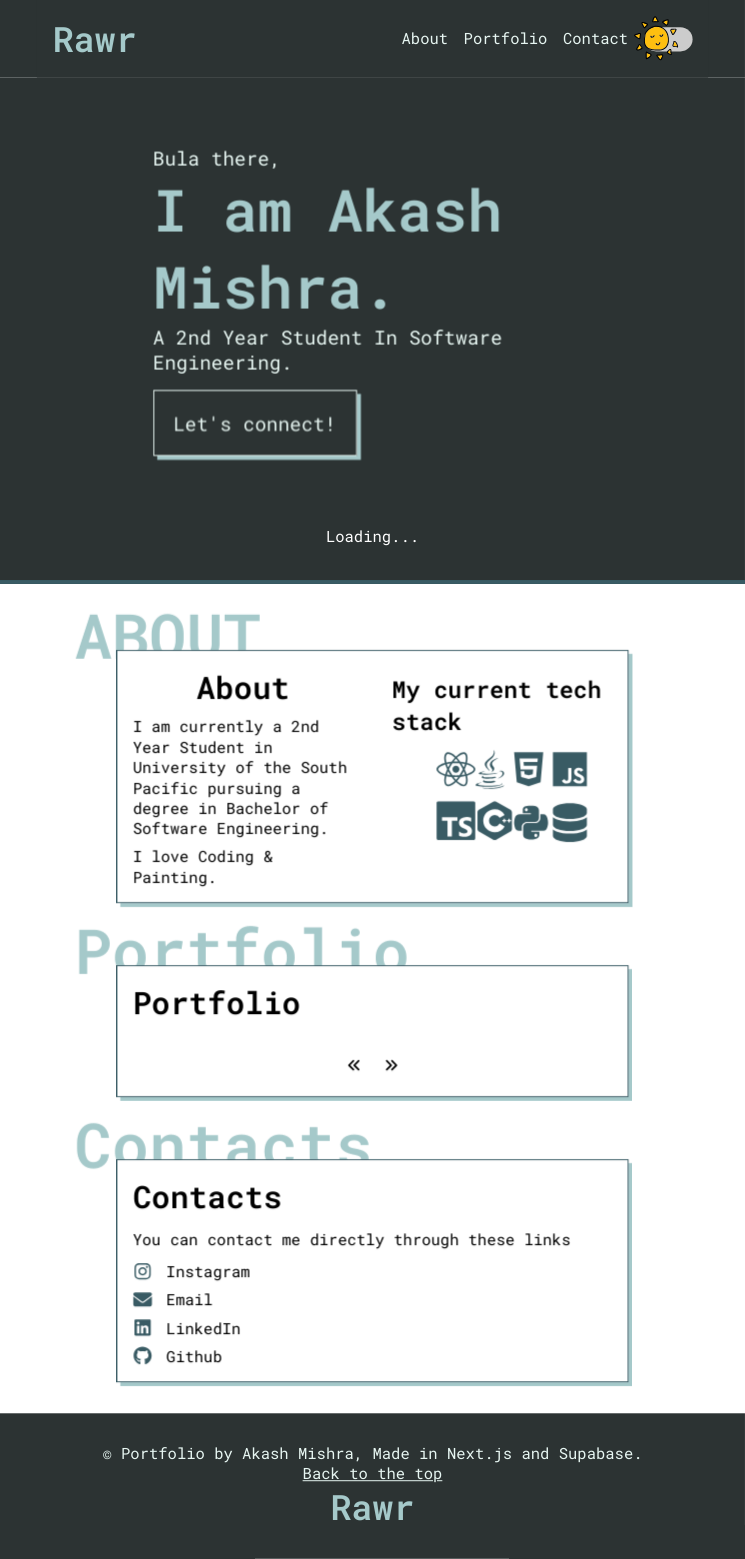
Repository: akashrawr/personal-portfolio
Page: /
The author's editor kept a copy of each file at every save. The page is drawn from the files as they stood at one save, then again after the next save.
The browser window is 768 px wide. The pictures show the whole page, at 97% of full size.
The page's requests for data from a server got no answer. The project was rebuilt for these pictures with package versions that can differ from the ones it lists, and the page was loaded fresh each time. The framework's server and built-in components were replaced by stand-ins that run in the browser. No one was signed in, and anything a server would have sent is missing. Also part of the build but not shown: next.config.ts.

Above is the page before, as saved 2025-01-03 20:34:44.

### app/layout.tsx
import type { Metadata } from "next";
import { Geist, Geist_Mono } from "next/font/google";
import "./globals.css";

const geistSans = Geist({
  variable: "--font-geist-sans",
  subsets: ["latin"],
});

const geistMono = Geist_Mono({
  variable: "--font-geist-mono",
  subsets: ["latin"],
});

export const metadata: Metadata = {
  title: "akashrawr",
  description: "Personal Portfolio",
};

export default function RootLayout({
  children,
}: Readonly<{
  children: React.ReactNode;
}>) {
  return (
    <html lang="en" translate="no"> {/* Prevent translation of the entire page */}
      <head>
        <meta charSet="UTF-8" />
        <meta httpEquiv="Content-Language" content="en" /> {/* Explicitly set content language */}
        <meta name="google" content="notranslate" /> {/* Inform Google to not translate */}
        <link rel="icon" href="/rawr.ico" type="image/x-icon" />
        <title>akashrawr</title>
        <meta name="description" content="My Personal Portfolio" />
      </head>
      <body className={`${geistSans.variable} ${geistMono.variable} antialiased`}>
        <div className="notranslate">
          {children}
        </div>
      </body>
    </html>
  );
}

### app/page.tsx
"use client"; // Enables client-side functionality
import React, { useState, useEffect } from "react";
import AOS from "aos";
import "aos/dist/aos.css";
import "./globals.css"; // Import global styles

// Import components
import Header from "./components/Header";
import Hero from "./components/Hero";
import About from "./components/About";
import Portfolio from "./components/Portfolio";
import Contact from "./components/Contact";
import Footer from "./components/Footer";

const Page: React.FC = () => {
  useEffect(() => {
    AOS.init({ once: true, delay: 0 });
  }, []);

  const [isNavVisible, setIsNavVisible] = useState(false);
  const [darkMode, setDarkMode] = useState(false);

  const toggleNav = () => {
    setIsNavVisible(!isNavVisible);
  };

  const toggleDarkMode = () => {
    setDarkMode(!darkMode);
    document.body.classList.toggle("dark-mode", !darkMode);
  };

  return (
    <div>
      <Header
        isNavVisible={isNavVisible}
        toggleNav={toggleNav}
        darkMode={darkMode}
        toggleDarkMode={toggleDarkMode}
      />
      <main>
        <Hero />
        <About />
        <Portfolio />
        <Contact />
      </main>
      <Footer />
    </div>
  );
};

export default Page;

### app/globals.css
@import url("https://fonts.googleapis.com/css2?family=Roboto+Mono:wght@300;400;600&display=swap");

:root {
  --primary-color: #2c3333;
  --secondary-color: #395b64;
  --accent-1: #a5c9ca;
  --accent-2: #e7f6f2;
  --neutral-1: black;
  --neutral-2: white;
  --neutral-3: white;
  --neutral-4: black;
  --icon-1: #395b64;

  --dark-primary-color: #121212;
  --dark-secondary-color: #1f1f1f;
  --dark-accent-1: #6c757d;
  --dark-accent-2: #adb5bd;
  --dark-neutral-1: #ffffff;
  --dark-neutral-2: #121212;
  --dark-neutral-3:#1f1f1f;
  --dark-neutral-4: #938f8f;
  --dark-icon-1: #938f8f;

}

*,
*::after,
*::before {
  margin: 0;
  padding: 0;
  font-family: "Roboto Mono", monospace;
  box-sizing: border-box;


}

html {
  scroll-behavior: smooth;
}

body {
  overflow-x: hidden;
  background-color: var(--neutral-3);
  color: var(--neutral-1);
  font-family: "Roboto Mono", monospace;
}

body.dark-mode {
  --primary-color: var(--dark-primary-color);
  --secondary-color: var(--dark-secondary-color);
  --accent-1: var(--dark-accent-1);
  --accent-2: var(--dark-accent-2);
  --neutral-1: var(--dark-neutral-1);
  --neutral-2: var(--dark-neutral-2);
  --neutral-3: var(--dark-neutral-3);
  --neutral-4: var(--dark-neutral-4);
  --icon-1:var(--dark-icon-1);
}


/* Navbar styles */

header {
  display: flex;
  align-items: center;
  justify-content: center;

  max-width: 100vw;
  background-color: var(--primary-color);
}

a {
  font-size: 14px;
  text-decoration: none;
}

h1 {
  font-family: "Roboto Mono", monospace;
}

.navbar-nav {
  display: flex;
  align-items: center;
  justify-content: space-between;
  background-color: var(--primary-color);
  padding: 1rem;
  width: 90%;
}

.nav-logo {
  grid-column: 1;
}

.nav-logo > h1 {
  font-size: 30px;
  color: var(--accent-1);
}

.primary-nav {
  display: flex;
  list-style: none;
  gap: 16px;

  grid-column: 2;
  justify-self: end;
}

.mobile-nav-toggle {
  display: none;
  cursor: pointer;
}

.nav-link:link,
.nav-link:visited {
  font-size: 16px;
  color: var(--accent-2);

  transition: 300ms ease-in-out;
}

.nav-link:hover {
  font-weight: 600;
  color: var(--accent-1);
}

.user-icon {
  width: 24px;
  height: 24px;
  fill: var(--accent-1);
  transition: fill 0.3s ease;
}

.user-icon:hover {
  fill: var(--accent-1);
}

/* Dark mode toggle button */
.theme-toggle {
  background: none;
  border: none;
  cursor: pointer;
  padding: 8px;
  display: flex;
  align-items: center;
}

.nav-icons {
  --size: 30px;
  width: var(--size);
  aspect-ratio: 1;
  cursor: pointer;
}



@media only screen and (max-width: 35em) {
  .primary-nav {
    position: fixed;
    top: 0;
    right: 0;
    bottom: 0;
    width: 125px;

    flex-direction: column;
    padding: min(15vh, 3rem) 1rem;
    background-color: var(--primary-color);
    border-left: 2px solid rgb(111, 111, 111); /* Add this line for the left border */

    z-index: 9999;

    transform: translateX(100%);
    transition: transform 350ms ease-out;
  }


  .nav-link:link,
  .nav-link:visited {
    font-size: 15px;
    color: var(--accent-1);
  }

  .primary-nav[data-visible="true"] {
    transform: translateX(0%);
  }

  .mobile-nav-toggle[aria-expanded="true"] {
    background: url('data:[embedded picture, 416 characters]') center center no-repeat;
  }

  .mobile-nav-toggle {
    display: block;
    position: absolute;
    background: url('data:[embedded picture, 417 characters]') center center no-repeat;

    width: 1.25rem;
    aspect-ratio: 1;

    border: none;

    top: 1.4rem;
    right: 2.5rem;
    z-index: 10000;

    transition: 250ms ease-in-out;
  }
}

/* Section styles */

section {
  display: flex;
  align-items: center;
  justify-content: center;

  max-width: 100vw;
  position: relative;
}

/* HERO SECTION */
#hero {
  background-color: var(--primary-color);
  border-bottom: 4px solid var(--icon-1);
  padding: 2.2rem;
}

/* Main container for text and image */
.hero-main-container {
  display: flex;
  flex-wrap: wrap;
  align-items: center;
  justify-content: space-between;
  gap: 16px;
}

/* Text Container */
.hero-container {
  flex: 1;
  display: flex;
  flex-direction: column;
  gap: 16px;
  padding: 2.2rem;
  width: 90%;
  height: 350px;
  animation: fade-in 500ms linear forwards;
}

.hero-text-container > h2 {
  font-size: 28px;
  color: var(--accent-1);
}

.hero-text-container > p {
  font-size: 12px;
  color: var(--accent-2);
}

.hero-button {
  align-self: flex-start;

  font-size: 14px;
  padding: 1em;

  color: var(--accent-2);
  background-color: transparent;

  border: 1px solid var(--accent-2);
  box-shadow: 4px 4px 0px var(--accent-1);

  transition: 300ms ease-in-out;
}

.hero-button:hover {
  background-color: var(--accent-2);
  color: var(--primary-color);
  box-shadow: 6px 6px 0px var(--secondary-color);
}

/* Image Container */
.hero-img {
  flex: 1;
  display: flex;
  justify-content: center;
  align-items: center;
}

.hero-image {
  max-width: 50%;
  height: auto;
  border-radius: 10px;
  box-shadow: 0 4px 8px rgba(0, 0, 0, 0.1);
  border: 1px solid var(--secondary-color);
  background-color: var(--neutral-2);
  box-shadow: 4px 4px 0px var(--accent-1);
}

.hero-img p{
color:white;
}


/* Responsive Styles */
@media screen and (max-width: 768px) {
  .hero-main-container {
    flex-direction: column;
  }
  .hero-img {
    margin-top: 20px;
  }
  .hero-container, .hero-image {
    max-width: 75%;
    height: auto;
  }
  .hero-text-container {
    text-align: left;
    max-width: 100%;
  }


}
.hero-text-container > h2 {
  font-size: 24px;
  color: var(--accent-1);
}
.hero-text-container > p {
  font-size: 16px;
}
.project-card > h3 {
  font-size: 12px;
  color: var(--secondary-color);
}

/* ABOUT */

#about {
  padding: 2rem;
  margin-top: 36px;
  animation: fade-in 500ms linear forwards;

}

.wave-asset {
  width: 100%;
  position: absolute;

  top: 0;
  left: 0;
}

.about-container {
  display: flex;
  align-items: center;
  justify-content: center;
  background-color: var(--neutral-2);
  width: 90%;
  z-index: 999;
}

.about-card,
.portfolio-card,
.contact-card {
  display: flex;
  flex-direction: column;
  gap: 16px;
  border: 1px solid var(--secondary-color);
  background-color: var(--neutral-2);

  width: 100%;
  padding: 1rem;

  box-shadow: 4px 4px 0px var(--accent-1);
}

.about-content,
.portfolio-content {
  width: 100%;
  display: flex;
  flex-direction: column;
  gap: 8px;
}

.about-content > h2,
.about-content > h3 {
  color: var(--neutral-4);
}

.about-content > p {
  font-size: 12px;
  color: var(--neutral-4);
}

.tech-stack-grid {
  width: 65%;
  display: grid;
  grid-template-columns: repeat(4, 1fr);
  place-items: center;
}

.tech-stack {
  --size: 30px;
  width: var(--size);
  aspect-ratio: 1;
}

/* Portfolio container */

#portfolio {
  padding: 2rem;
  animation: fade-in 500ms linear forwards;
}

.portfolio-container {
  width: 90%;
  z-index: 999;
}

.project-container {
  display: grid;
  grid-template-columns: repeat(2, 1fr);
  gap: 16px;
}

.portfolio-content > h2 {
  color: var(--neutral-4);
}

.project-card {
  display: flex;
  flex-direction: column;
  gap: 4px;

  padding: 1rem;
  border-radius: 8px;
  border: 1px solid var(--accent-1);
}

.project-card > h3 {
  color: var(--neutral-4);
}

.project-card > h5 {
  color: var(--neutral-4);
  opacity: 0.5;
}

.project-card > p {
  font-size: 12px;
  width: 100%;
  display: -webkit-box;
  -webkit-box-orient: vertical;
  -webkit-line-clamp: 3;
  overflow: hidden;
  color: var(--neutral-4);
}

.project-img {
  width: 100%;
  aspect-ratio: 16/9;
}

.project-card-links {
  align-self: flex-end;

  margin-top: 10px;
  display: flex;
  align-items: center;
  gap: 12px;
}

.project-icons {
  --size: 20px;
  width: var(--size);
  aspect-ratio: 1;
}

.project-card-links > a {
  display: flex;
  align-items: center;
  color: var(--neutral-4);
  font-size: 10px;
  gap: 4px;
}

.project-card-links > a:link,
.project-card-links > a:visited {

  color: var(--neutral-4);
}

.project-card-links > a:hover {
  font-weight: 600;
  color: var(--accent-1);
}

/* CONTACT */
#contact {
  padding: 2rem;
  animation: fade-in 500ms linear forwards;
}

.contact-container {
  width: 90%;
  z-index: 999;
}

.contact-card {
  width: 100%;
  gap: 12px;
}
.contact-card > h2 {
    color: var(--neutral-4);
}

.contact-card > p {
  font-size: 12px;
  color: var(--neutral-4);
}

.contact-links {
  display: flex;
  flex-direction: column;
  gap: 8px;
}

.contact-links > a {
  display: flex;
  align-items: center;
  gap: 8px;
}

.contact-links > a:link,
.contact-links > a:visited {
  color: var(--neutral-4);
}

.contact-links > a:hover {
  font-weight: 600;
  color: var(--accent-1);
}
.contact-icons {
  --size: 20px;
  width: var(--size);
  aspect-ratio: 1;
}

/* extras */
.section-highlight {
  font-size: 4rem;
  font-weight: 600;
  opacity: 0.5;
  color: var(--accent-1);

  position: absolute;
  top: 0;
  left: 100px;
}

/* footer */
footer {
  display: flex;
  align-items: center;
  justify-content: center;
  color: var(--accent-2);
  max-width: 100vw;
  background-color: var(--primary-color);
  min-height: 150px;
}

.footer-content {
  text-align: center;
  font-size: 12px;
  width: 90%;

  color: var(--accent-2);
}

.footer-content > p {
  text-decoration: underline;
}

.footer-content > a {
  text-decoration: underline;
}

.footer-content > a:link,
.footer-content > a:visited {
  color: var(--accent-2);
}

.footer-content > a:hover {
  color: var(--accent-1);
}
/* media queries */

@media only screen and (max-width: 35em) {
  .hero-container {
    padding: 1rem;
    height: 200px;
  }
  .project-container {
    grid-template-columns: 1fr;
  }
  .tech-stack-grid {
    width: 100%;
  }
  .section-highlight {
    font-size: 3.5rem;
    top: -16px;
    left: 6vw;
  }
}

@media only screen and (min-width: 35em) {
  .hero-container {
    height: 250px;
  }
  .about-container,
  .portfolio-container,
  .contact-container {
    width: 75%;
  }

  .about-card,
  .portfolio-card {
    align-items: center;
    justify-content: center;
    flex-direction: row;
    gap: 20px;
  }

  .section-highlight {
    top: -26px;
    left: 10vw;
  }
}

@media only screen and (min-width: 768px) {
  .nav-logo > h1 {
    font-size: 36px;
  }

  /* hero */
  .hero-container {
    height: 350px;
  }

  .hero-text-container > p {
    font-size: 20px;
  }

  .hero-text-container > h2 {
    font-size: 60px;
  }

  .hero-button {
    font-size: 20px;
  }

  /* about */
  .about-card {
    gap: 40px;
  }

  .about-content > h2 {
    font-size: 32px;
  }

  .about-content > h3 {
    font-size: 24px;
  }

  .about-content > p {
    font-size: 16px;
  }

  .tech-stack-section {
    align-self: flex-start;
    margin-top: 8px;
  }

  .tech-stack {
    --size: 40px;
    width: var(--size);
    aspect-ratio: 1;
  }

  /* portfolio */
  .portfolio-content > h2 {
    font-size: 32px;
  }

  .project-card > h3 {
    font-size: 24px;
  }

  .project-card > h5,
  .project-card > p {
    font-size: 16px;
  }

  .project-card-links > a {
    font-size: 16px;
  }

  /* contacts */
  .contact-card > h2 {
    font-size: 32px;
  }

  .contact-card > p {
    font-size: 16px;
  }

  .contact-links > a {
    font-size: 16px;
  }
  .footer-content,
  .footer-content > a {
    font-size: 16px;
  }
}

@media only screen and (min-width: 1024px) {
  .section-highlight {
    top: -26px;
    left: 10vw;
  }
}

@keyframes fade-in {
  0% {
    opacity: 0;
  }
  100% {
    opacity: 1;
  }
}

/* Adjust specific sections as needed for React-specific behaviors */
.primary-nav.visible {
  transform: translateX(0%);
}

/* The switch - the box around the slider */
.switch {
  position: relative;
  display: inline-block;
  width: 50px;
  height: 25px;
}

/* Hide default HTML checkbox */
.switch input {
  opacity: 0;
  width: 0;
  height: 0;
}

/* The slider */
.slider {
  position: absolute;
  cursor: pointer;
  top: 0;
  left: 0;
  right: 0;
  bottom: 0;
  background-color: #ccc;
  -webkit-transition: .4s;
  transition: .4s;
  border-radius: 25px; /* Rounded edges for the slider */
  display: flex;

  align-items: center;
}

/* Adjust the icon size to 48x48 pixels */
.slider .icon {
  position: absolute;
  width: 48px;
  height: 48px;
  transition: .4s;
}

/* When the input is checked (dark mode is on) */
input:checked + .slider {
  background-color: #3e4346; /* Change background color on check */
}

input:focus + .slider {
  box-shadow: 0 0 1px #2196F3;
}

/* Move the icons when the input is checked (dark mode) */
input:checked + .slider .icon {
  transform: translateX(20px); /* Move the icon to the right */
}

/* Default state (light mode) */
input:not(:checked) + .slider .icon {
  transform: translateX(-15px) translateY(-2px); /* Icon remains in the default position */
  width: 52px; /* Further reduced icon size for very small screens */
  height: 52px; /* Further reduced icon size for very small screens */
}

.about-icon {
  color: var(--icon-1); /* Change to any shade of blue you prefer */
  font-size: 3rem; /* Adjust size as needed */
  margin: 0.5rem;
}

.project-icons {
  margin-right: 0.5rem; /* Space between icon and text */
  font-size: 1.5rem; /* Adjust icon size */
  color: inherit; /* Match the color of the link */
}

.contact-icons {
  margin-right: 0.5rem; /* Space between icon and text */
  font-size: 1.5rem; /* Adjust icon size */
  color: var(--icon-1);
}

/* Responsive Adjustments */
@media (max-width: 768px) {
  .about-icon {
    font-size: 2.5rem; /* Slightly smaller on smaller devices */
    margin: 0.4rem;
  }

  .project-icons {
    font-size: 1.2rem; /* Smaller icon size on smaller screens */
    margin-right: 0.4rem;
  }

  .contact-icons {
    font-size: 1.2rem; /* Smaller icon size on smaller screens */
    margin-right: 0.4rem;
  }
}

@media (max-width: 480px) {
  .about-icon {
    font-size: 2rem; /* Even smaller on very small devices */
    margin: 0.3rem;
  }

  .project-icons {
    font-size: 1rem; /* Further reduced icon size for very small screens */
    margin-right: 0.3rem;
  }

  .contact-icons {
    font-size: 1rem; /* Further reduced icon size for very small screens */
    margin-right: 0.3rem;
  }
}

.pagination {
  display: flex;
  justify-content: center;
  align-items: center;
  margin-top: 1rem;
}

.pagination a {
  color: var(--neutral-4);
  padding: 8px 16px;
  text-decoration: none;
}

.pagination a.active {
  background-color: #395b64;
  color: white;
}

.pagination a:disabled {
  color: grey;
  pointer-events: none;
}

/* Responsive Adjustments */
@media (max-width: 768px) {
  .pagination a {
    padding: 6px 12px; /* Smaller padding for smaller screens */
    font-size: 0.9rem; /* Slightly smaller font size */
  }

  .pagination {
    margin-top: 0.75rem; /* Adjust margin top for smaller screens */
  }
}

@media (max-width: 480px) {
  .pagination a {
    padding: 4px 8px; /* Even smaller padding for very small screens */
    font-size: 0.8rem; /* Smaller font size for very small screens */
  }

  .pagination {
    margin-top: 0.5rem; /* Adjust margin top for very small screens */
  }
}

### app/components/Hero.tsx
import React, { useEffect, useState } from 'react';
import supabase from '../utils/supabaseClient';  // Adjust path if in 'utils'
import Image from 'next/image';  // Import Image from next/image

function Hero() {
  const [heroImage, setHeroImage] = useState<string | null>(null);

  useEffect(() => {
    const fetchHeroImage = async () => {
      const { data, error } = await supabase
        .from('hero')  // Table name is 'hero'
        .select('image_path')        // Only selecting 'image_path' column
        .limit(1);                   // Limiting to only one result (first row)

      if (error) {
        console.error('Error fetching hero image:', error);
      } else {
        setHeroImage(data?.[0]?.image_path || null);
      }
    };

    fetchHeroImage();
  }, [supabase]); // Including 'supabase' as a dependency

  return (
    <section id="hero">
      <div className="hero-main-container">
        {/* Text and Button Container */}
        <div className="hero-container">
          <div className="hero-text-container" data-aos="fade-up">
            <p>Bula there,</p>
            <h2>I am Akash Mishra.</h2>
            <p>A 2nd Year Student In Software Engineering.</p>
          </div>
          <a href="#contact" className="hero-button" data-aos="fade-up">
            Let&apos;s connect!
          </a>
        </div>

        {/* Image Container */}
        <div className="hero-img" data-aos="fade-up">
          {heroImage ? (
            <Image
              className="hero-image"
              src={heroImage}
              alt="Akash"
              layout="responsive"
              width={500}
              height={500}
            />
          ) : (
            <p>Loading...</p>
          )}
        </div>
      </div>
    </section>
  );
}

export default Hero;

### app/components/Contact.tsx
import React from "react";
import { FontAwesomeIcon } from "@fortawesome/react-fontawesome";
import { faInstagram, faGithub, faLinkedin } from "@fortawesome/free-brands-svg-icons";
import { faEnvelope } from "@fortawesome/free-solid-svg-icons";

const Contact: React.FC = () => {
  return (
    <section id="contact">
      <h2 className="section-highlight" data-aos="fade-up">
        Contacts
      </h2>
      <div className="contact-container" data-aos="fade-up">
        <div className="contact-card">
          <h2>Contacts</h2>
          <p>You can contact me directly through these links</p>

          <div className="contact-links">
            <a href="https://www.instagram.com/_acnologxa" className="contact-link">
              <FontAwesomeIcon icon={faInstagram} className="contact-icons" />
              Instagram
            </a>

            <a href="mailto:akashkm553@gmail.com" className="contact-link">
              <FontAwesomeIcon icon={faEnvelope} className="contact-icons" />
              Email
            </a>

            <a href="https://www.linkedin.com/in/akashmishra-rawr" className="contact-link">
              <FontAwesomeIcon icon={faLinkedin} className="contact-icons" />
              LinkedIn
            </a>

            <a href="https://github.com/akashrawr" className="contact-link">
              <FontAwesomeIcon icon={faGithub} className="contact-icons" />
              Github
            </a>
          </div>
        </div>
      </div>
    </section>
  );
};

export default Contact;

### app/components/Footer.tsx
import React from 'react';

const Footer: React.FC = () => {
  return (
    <footer>
      <div className="footer-content">
        © Portfolio by Akash Mishra, Made in Next.js and Supabase. <br />
        <a href="#hero">Back to the top</a>
        <div className="nav-logo">
          <h1>Rawr</h1>
        </div>
      </div>
    </footer>
  );
};

export default Footer;

### app/utils/supabaseClient.ts
import { createClient } from '@supabase/supabase-js';

// Fetch environment variables
const supabaseUrl = process.env.NEXT_PUBLIC_SUPABASE_URL || '';
const supabaseKey = process.env.NEXT_PUBLIC_SUPABASE_KEY || '';

// Initialize the Supabase client
const supabase = createClient(supabaseUrl, supabaseKey);

export default supabase;

Loaded but not shown: app/components/Header.tsx (89 lines, source omitted); app/components/Portfolio.tsx (139 lines, source omitted); app/components/About.tsx (59 lines, source omitted)

After the next save:
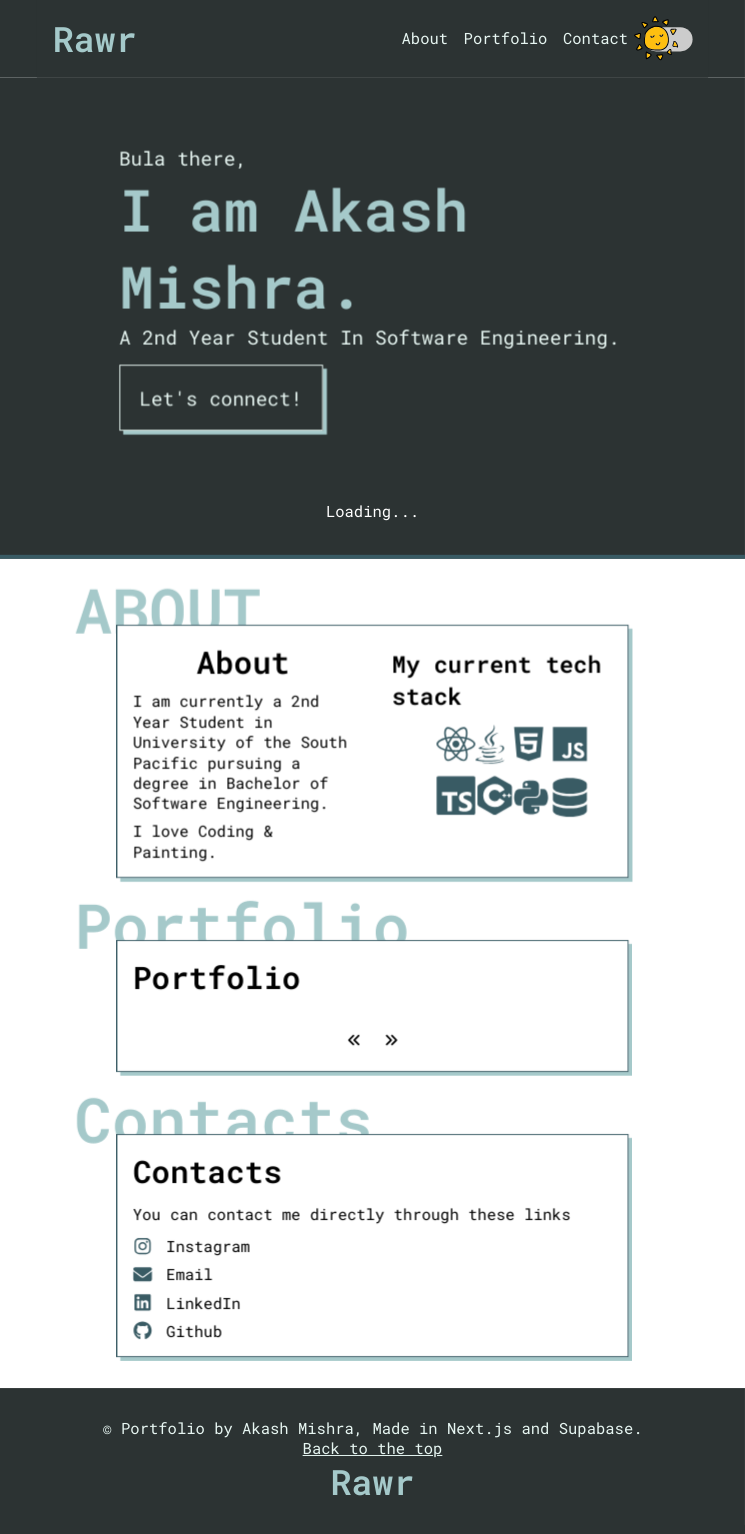
Saved 22 s later.
--- a/app/globals.css
+++ b/app/globals.css
@@ -307,7 +307,7 @@ color:white;
     margin-top: 20px;
   }
   .hero-container, .hero-image {
-    max-width: 75%;
+    max-width: 85%;
     height: auto;
   }
   .hero-text-container {
